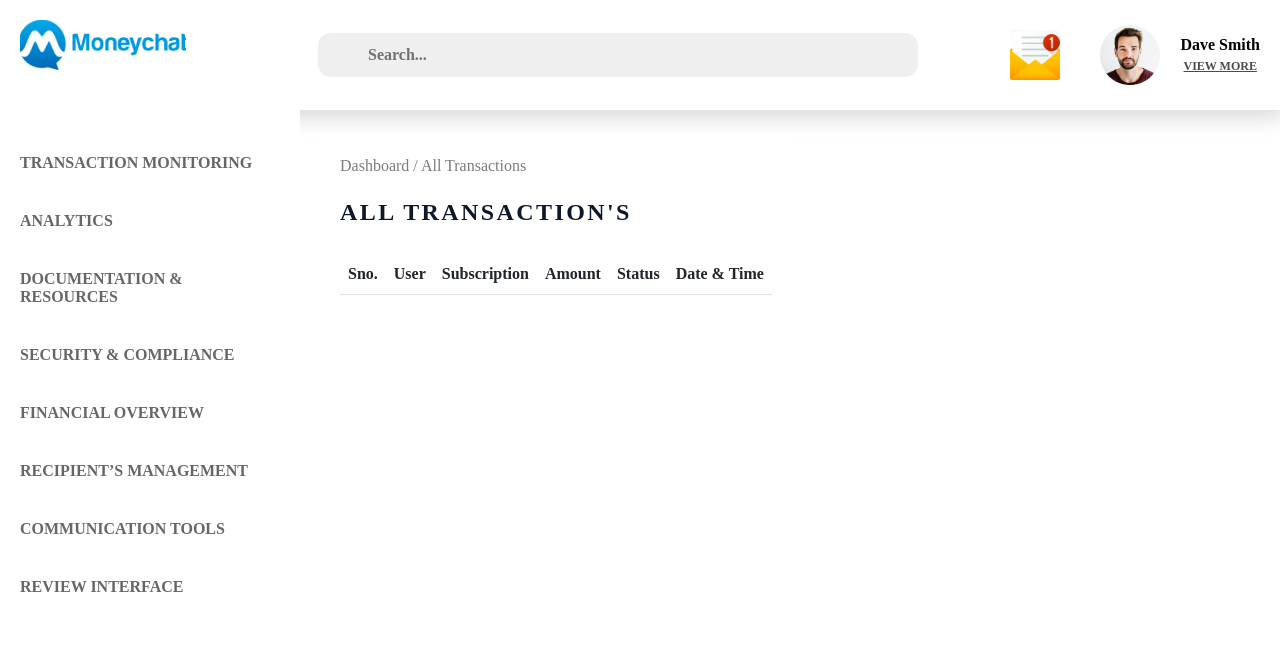
Repository: FlyweisReact/Money-Chat
Page: /transaction
An editor plug-in stored every save of this project. The page is shown before and after a run of saves, followed by the edit.
The browser window is 1280 px wide. The pictures show the whole page.
The project was rebuilt for these pictures with package versions that can differ from the ones it lists, and the page was loaded fresh each time. Also part of the build but not shown: src/forms/ForgetPassword.js, src/forms/Login.jsx, src/forms/NeedHelp.js, src/forms/Regestration.js, src/forms/Verify.js. Imported but missing from the stored project, and not drawn on this page: src/pages/Component/SpinnerComp.

Above is the page before, as saved 2023-11-30 15:02:04.

After the next 2 saves:
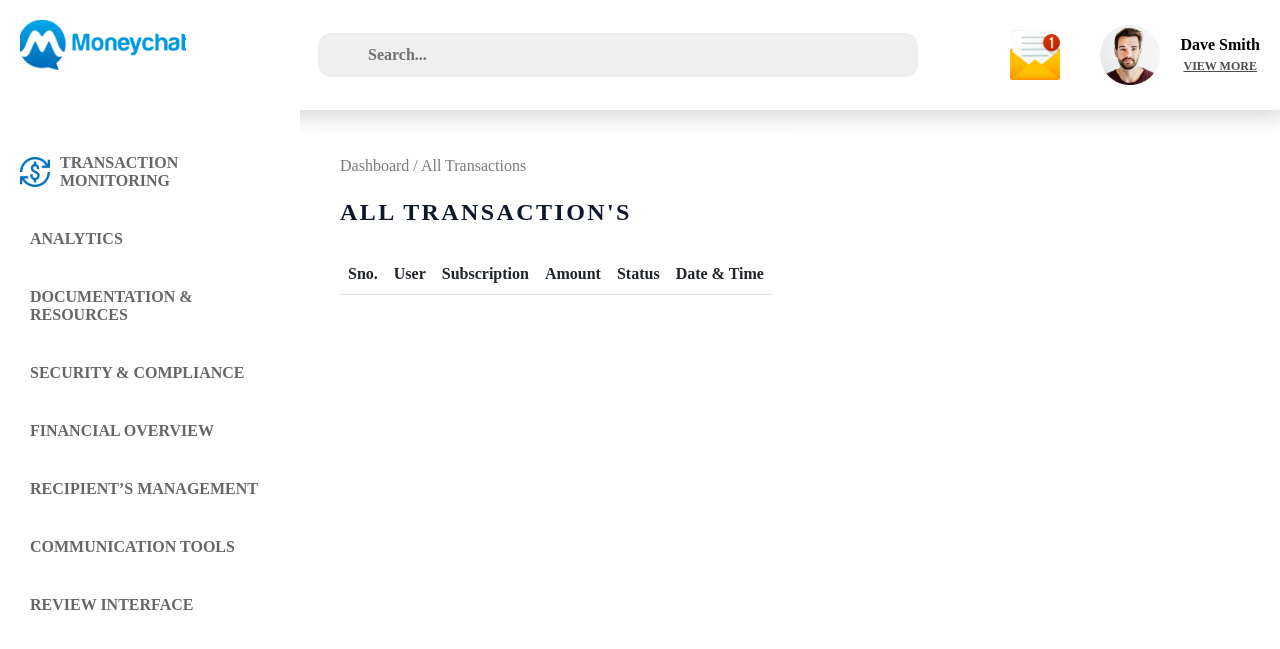
The 2 saves are shown as one change because they came seconds apart.
The last was saved 16 s later.
--- a/src/layout/Sidebar.jsx
+++ b/src/layout/Sidebar.jsx
@@ -65,7 +65,7 @@ const Sidebar = () => {
                   style={{ textDecoration: "none", textTransform: "uppercase" }}
                 >
                   <li>
-                    {nav.icon}
+                    <img src={nav.img} alt="" />
                     <span className="link"> {nav.name}</span>
                   </li>
                 </Link>
